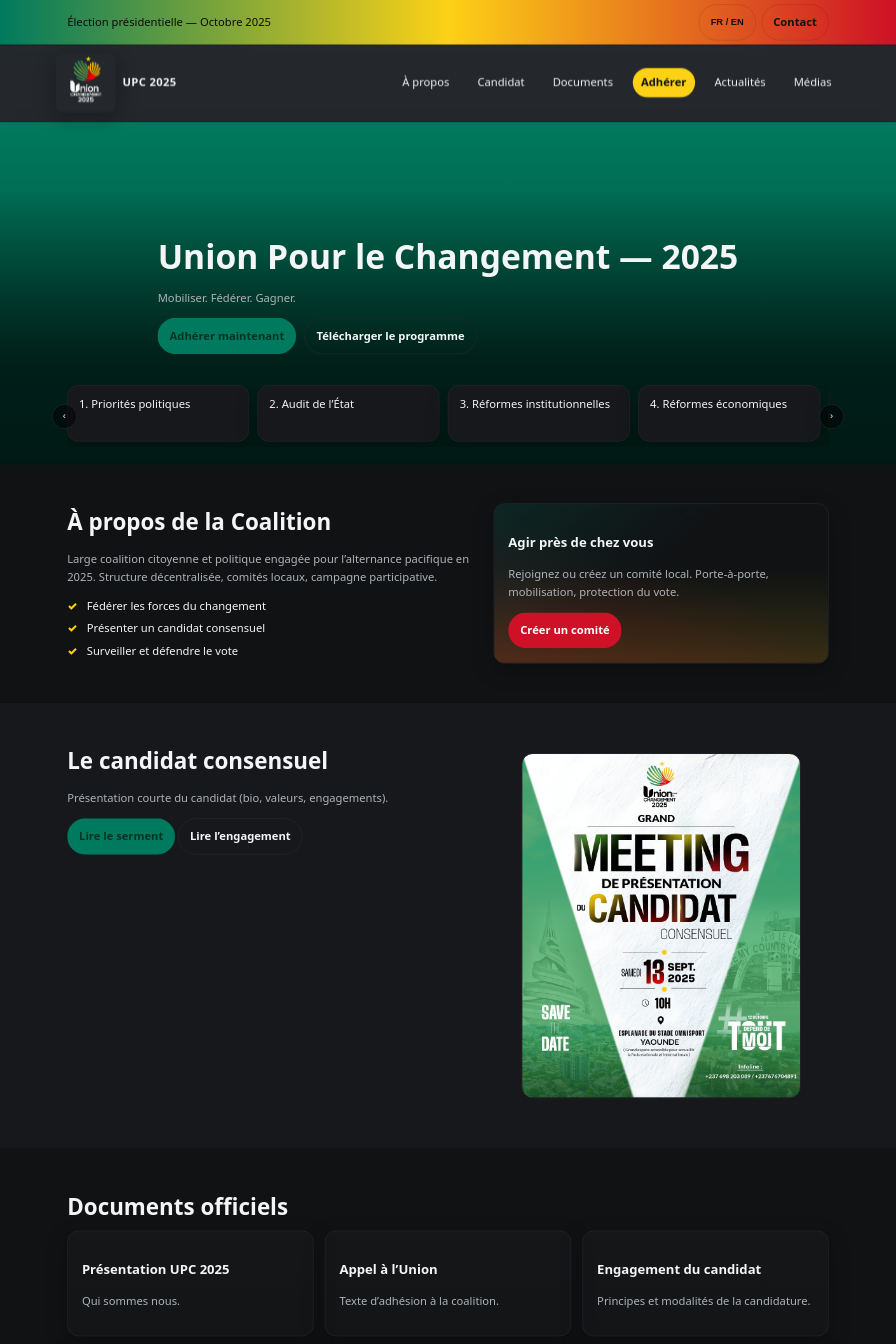
Repository: Kishny/upc2025
Page: index.html
An editor plug-in stored every save of this project. The page is shown before and after the next save, followed by the edit.
The browser window is 1280 px wide. The pictures show the part of the page from y = 0 to 1920 px (the page is 4334 px tall), at 70% of full size.

Above is the page before, as saved 2025-09-10 18:33:53.

After the next save:
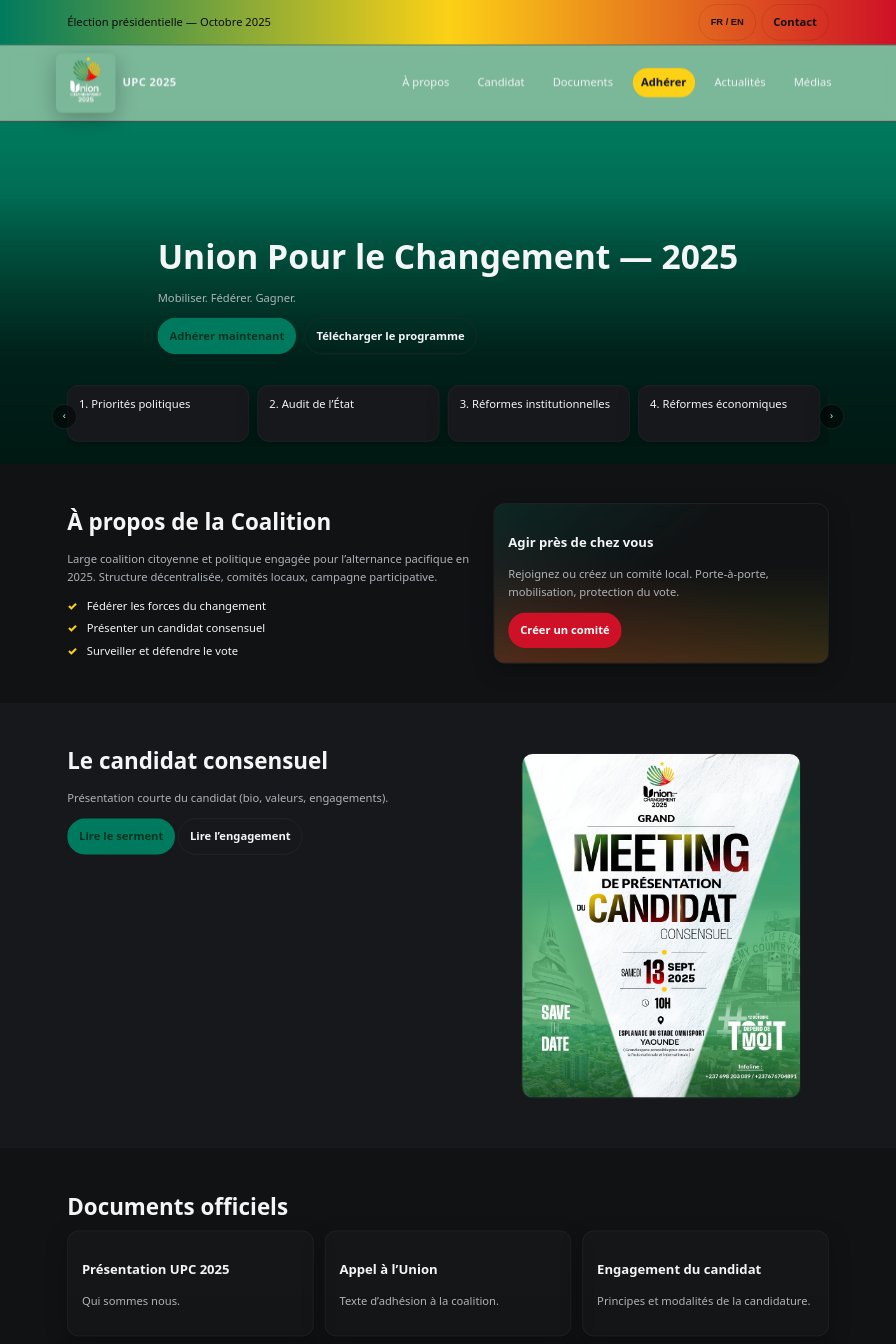
Saved 22 s later.
--- a/assets/css/styles.css
+++ b/assets/css/styles.css
@@ -118,7 +118,7 @@ a {
   position: sticky;
   top: 0;
   z-index: 50;
-  background: rgba(43, 47, 52, 0.8);
+  background: rgba(152, 227, 188, 0.8);
   backdrop-filter: saturate(140%) blur(10px);
   border-bottom: 1px solid var(--border);
 }
